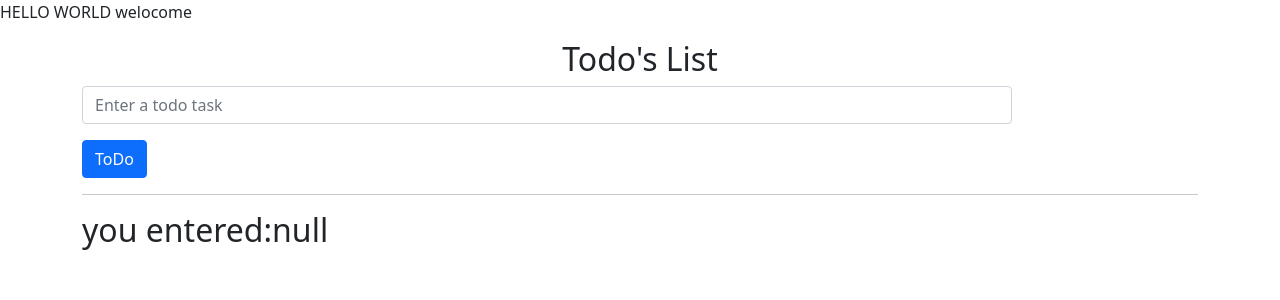
Repository: RMVLajaykumar/monojavaee
Page: http://localhost/04-session-demo/demosession.jsp
An editor plug-in stored every save of this project. The page is shown before and after the next save, followed by the edit.
The browser window is 1280 px wide. The pictures show the whole page.
The page is served by Tomcat 9.

Above is the page before, as saved 2024-07-15 05:45:53.

### 04-session-demo/WebContent/demosession.jsp
<%@ page language="java" contentType="text/html; charset=ISO-8859-1"
	pageEncoding="ISO-8859-1"%>
<%@ page import="java.util.List"%>
<%@ page import="java.util.ArrayList"%>
<%@ page import="com.monocept.model.StringUtil"%>
<!DOCTYPE html>
<html>
<head>
<meta charset="ISO-8859-1">
<title>Insert title here</title>
<link
	href="https://cdn.jsdelivr.net/npm/bootstrap@5.0.2/dist/css/bootstrap.min.css"
	rel="stylesheet"
	integrity="sha384-EVSTQN3/azprG1Anm3QDgpJLIm9Nao0Yz1ztcQTwFspd3yD65VohhpuuCOmLASjC"
	crossorigin="anonymous">
<script
	src="https://cdn.jsdelivr.net/npm/bootstrap@5.0.2/dist/js/bootstrap.bundle.min.js"
	integrity="sha384-MrcW6ZMFYlzcLA8Nl+NtUVF0sA7MsXsP1UyJoMp4YLEuNSfAP+JcXn/tWtIaxVXM"
	crossorigin="anonymous"></script>

</head>
<body><%= StringUtil.toUpperCase("hello world") %>
  welocome
	<div class="container mt-3">
		<h2 class="text-center">Todo's List</h2>
		<form action="demosession.jsp" method="get">
			<div class="col-sm-10 mb-3">
				<input type="text" name="item" class="form-control"
					placeholder="Enter a todo task">

			</div>
			<div class="col-sm-10">
				<input type="submit" value="ToDo" class="btn btn-primary">
			</div>
		</form>

		<hr>
		<%


			String todoItems = request.getParameter("item");
		out.println("<h2>you  entered:" + todoItems + "</h2>");
		%>
		<ul class="list-group">
		</ul>
	</div>

</body>
</html>

### 04-session-demo/src/com/monocept/model/StringUtil.java
package com.monocept.model;

public class StringUtil {


	public static String toUpperCase(String str) {
		return str.toUpperCase();
	}

}

After the next save:
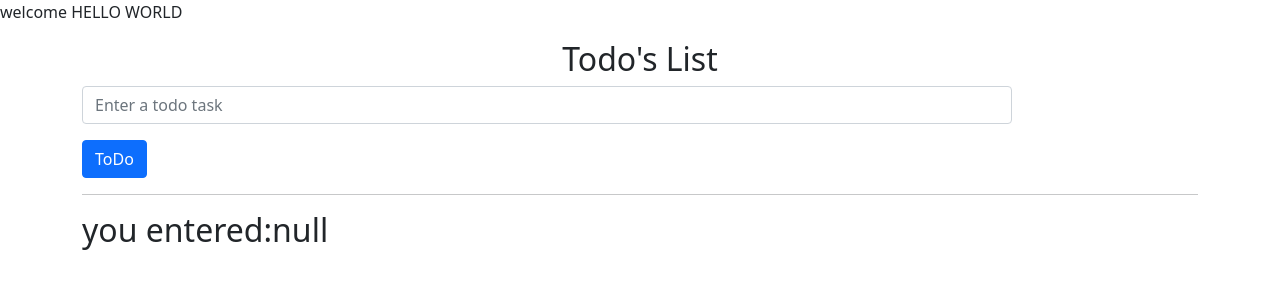
Saved 32 s later.
--- a/04-session-demo/WebContent/demosession.jsp
+++ b/04-session-demo/WebContent/demosession.jsp
@@ -19,8 +19,8 @@
 	crossorigin="anonymous"></script>
 
 </head>
-<body><%= StringUtil.toUpperCase("hello world") %>
-  welocome
+<body>
+  welcome <%= StringUtil.toUpperCase("hello world") %>
 	<div class="container mt-3">
 		<h2 class="text-center">Todo's List</h2>
 		<form action="demosession.jsp" method="get">
